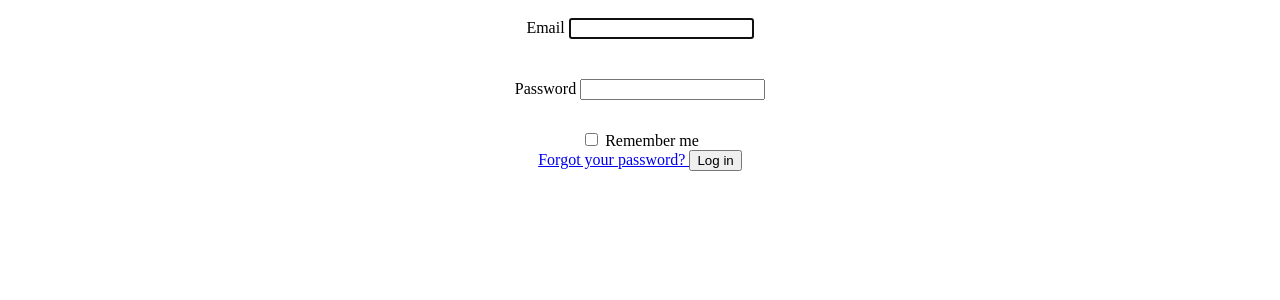
Repository: lookmanola/gestion_scolaire
Page: http://localhost/login
These files come from the project's save history. The page is drawn as it stood at one moment and after a run of saves; the edit follows.
The browser window is 1280 px wide. The pictures show the whole page.
The page is served by the project's Laravel application, run on PHP 8.4 with Laravel 8.

Above is the page before, as saved 2021-10-15 10:20:51.

After the next 5 saves:
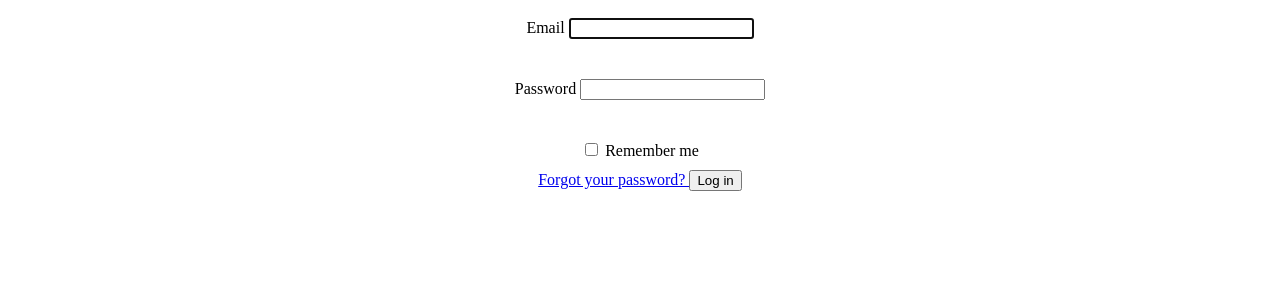
The 5 saves are shown as one change because they came seconds apart.
The last was saved 16 s later.
--- a/example-app/resources/views/auth/login.blade.php
+++ b/example-app/resources/views/auth/login.blade.php
@@ -31,7 +31,7 @@
                 </div>
 
                 <!-- Remember Me -->
-                <div class="block mt-4">
+                <div style="padding:10px">
                     <label for="remember_me" class="inline-flex items-center">
                         <input id="remember_me" type="checkbox"
                             class="rounded border-gray-300 text-indigo-600 shadow-sm focus:border-indigo-300 focus:ring focus:ring-indigo-200 focus:ring-opacity-50"
